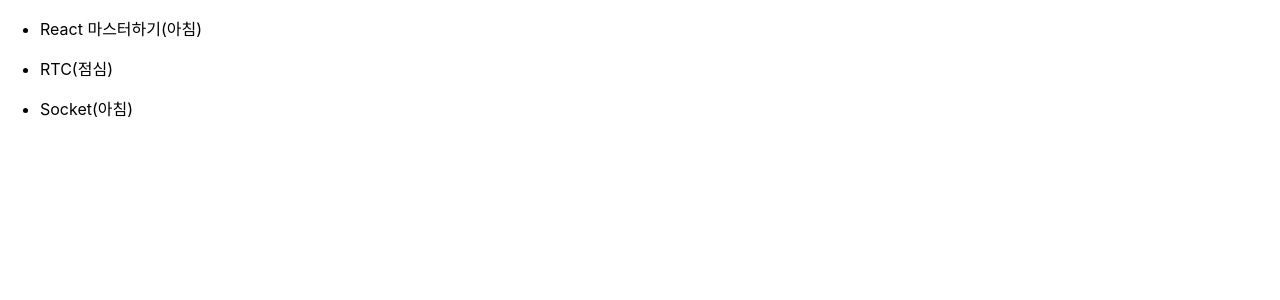
Repository: 0gunkim/REACT-TODO-PRAC
Page: / (app in todo/)
The author's editor kept a copy of each file at every save. The page is drawn from the files as they stood at one save, then again after the next save.
The browser window is 1280 px wide. The pictures show the whole page.
The project was rebuilt for these pictures with package versions that can differ from the ones it lists, and the page was loaded fresh each time.

Above is the page before, as saved 2023-01-03 22:36:58.

After the next save:
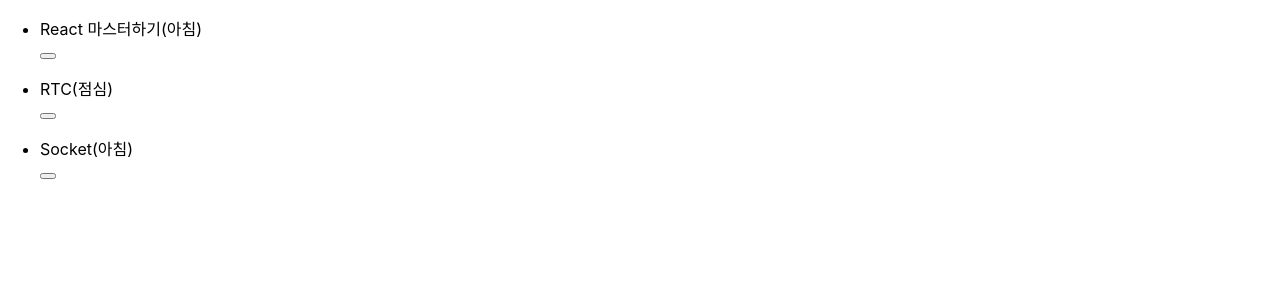
Saved 54 s later.
--- a/todo/src/components/AddButton.jsx
+++ b/todo/src/components/AddButton.jsx
@@ -1,9 +1,13 @@
 import React from 'react';
 
-export const AddButton = (pros) => {
+export const AddButton = (props) => {
+    const {todo, setTodo} = props;
+    const addHandlerButton = () => {
+
+    };
     return(
-            <div>
-
-                </div>
-            )
-    };
+        <div>
+        <button onClick={addHandlerButton}></button>
+        </div>
+    );
+};
